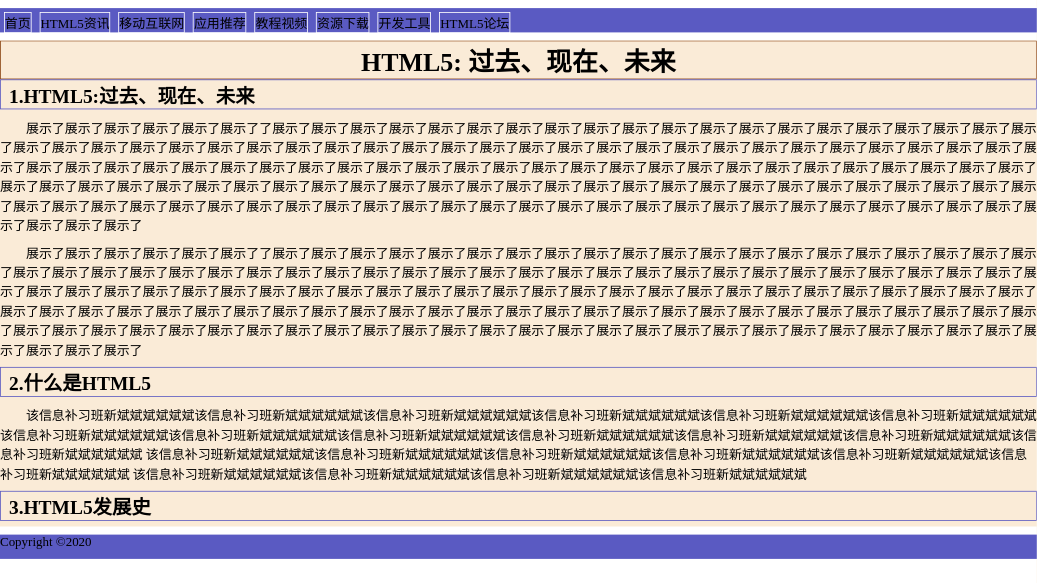
Repository: LstHeart/html-learning
Page: css/案例作业2.html
These files come from the project's save history. The page is drawn as it stood at one moment and after the next save; the edit follows.
The browser window is 1280 px wide. The pictures show the whole page, at 81% of full size.

Above is the page before, as saved 2021-01-05 22:07:54.

After the next save:
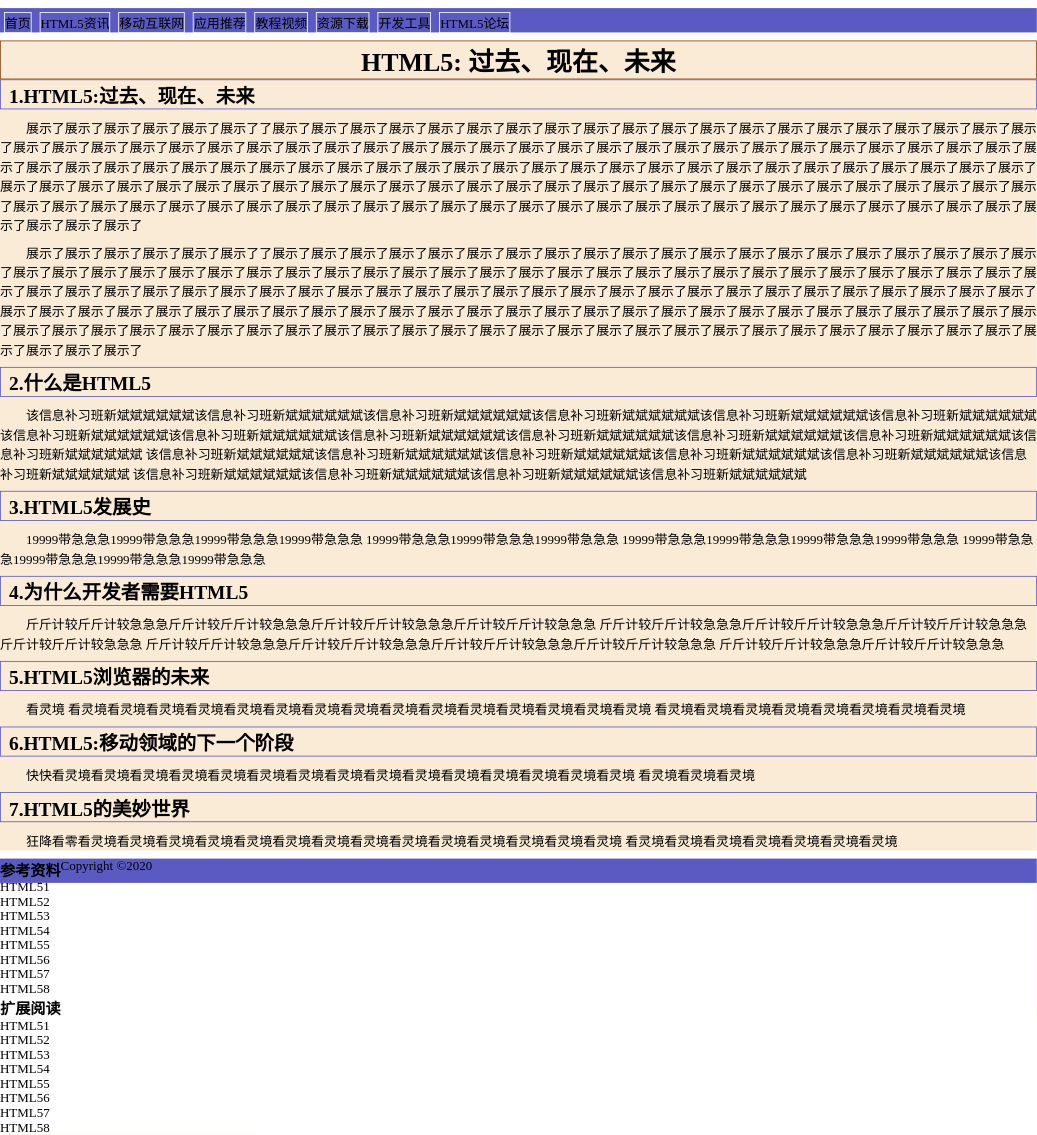
Saved 13 s later.
--- a/css/html5.css
+++ b/css/html5.css
@@ -24,10 +24,10 @@ a{
 }
 .content{
     background-color:antiquewhite;
-    height: 600px;
+    height: 1000px;
     margin: 10px auto;
     /* position: absolute; */
-    overflow: hidden;
+    /* overflow: hidden; */
     /* overflow-wrap: break-word; */
 }
 .content h1{
